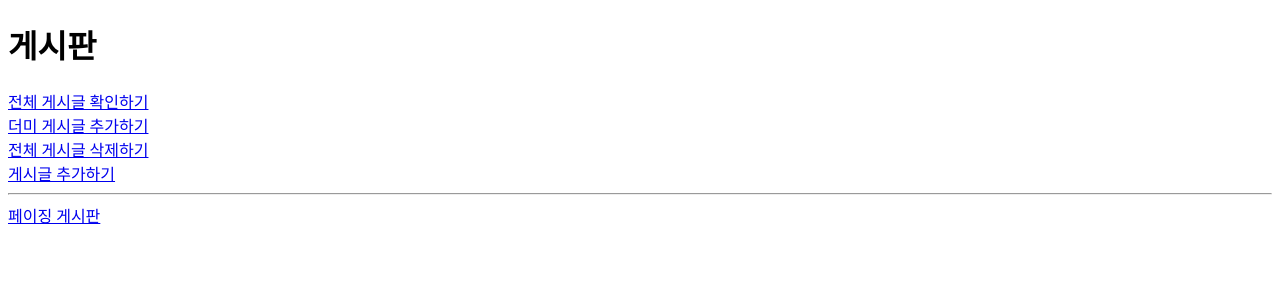
Repository: jjuhye/JSPWorkspace
Page: http://localhost/basic/00_board/_00_main.jsp
These files come from the project's save history. The page is drawn as it stood at one moment and after the next save; the edit follows.
The browser window is 1280 px wide. The pictures show the whole page.
The page is served by Tomcat 9.

Above is the page before, as saved 2023-02-23 09:07:54.

After the next save:
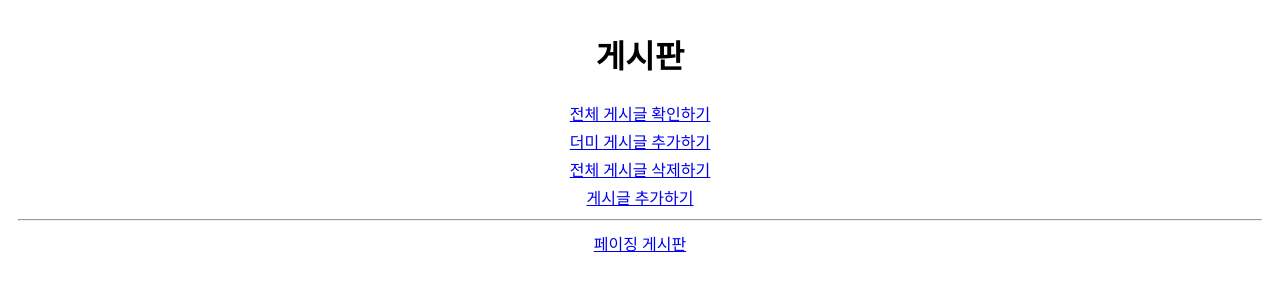
Saved 48 s later.
--- a/basic/src/main/webapp/00_board/board.css
+++ b/basic/src/main/webapp/00_board/board.css
@@ -1,4 +1,11 @@
 @charset "UTF-8";
+
+
+
+div{
+	padding: 2px 10px;
+	text-align:center;
+}
 
 td{
 	padding: 2px 10px;
